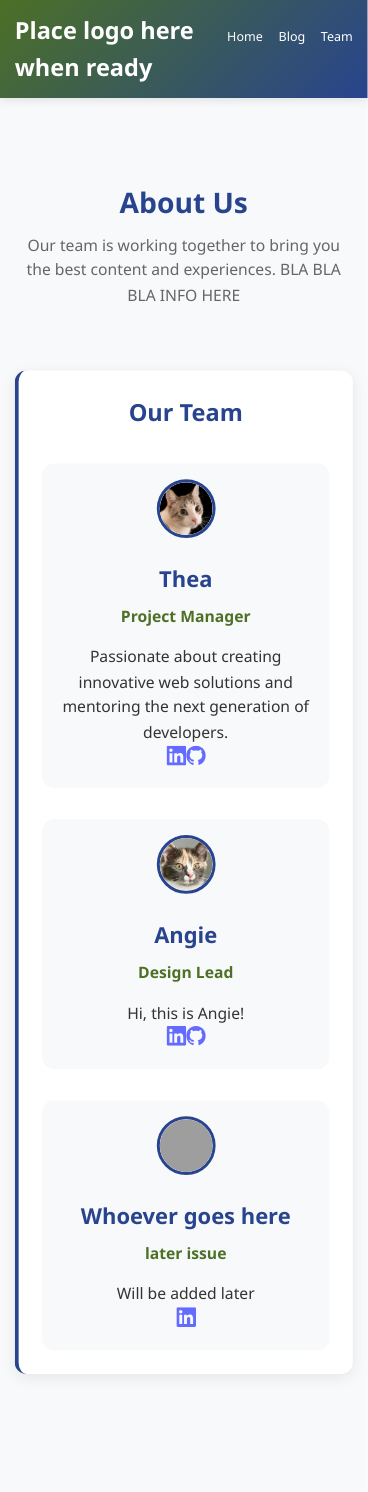
Repository: Bcit-sandy/TandemBlog
Page: /about
These files come from the project's save history. The page is drawn as it stood at one moment and after a run of saves; the edit follows.
The browser window is 375 px wide. The pictures show the whole page, at 98% of full size.
Pictures or frames that could not be fetched are drawn as grey boxes. The project was rebuilt for these pictures with package versions that can differ from the ones it lists, and the page was loaded fresh each time. Also part of the build but not shown: vite.config.js, src/pages/Home.css, src/pages/Blog.css, src/pages/Blog.jsx, src/pages/Home.jsx, src/pages/BlogPost.css, src/pages/BlogPost.jsx.

Above is the page before, as saved 2025-10-13 17:28:04.

After the next 4 saves:
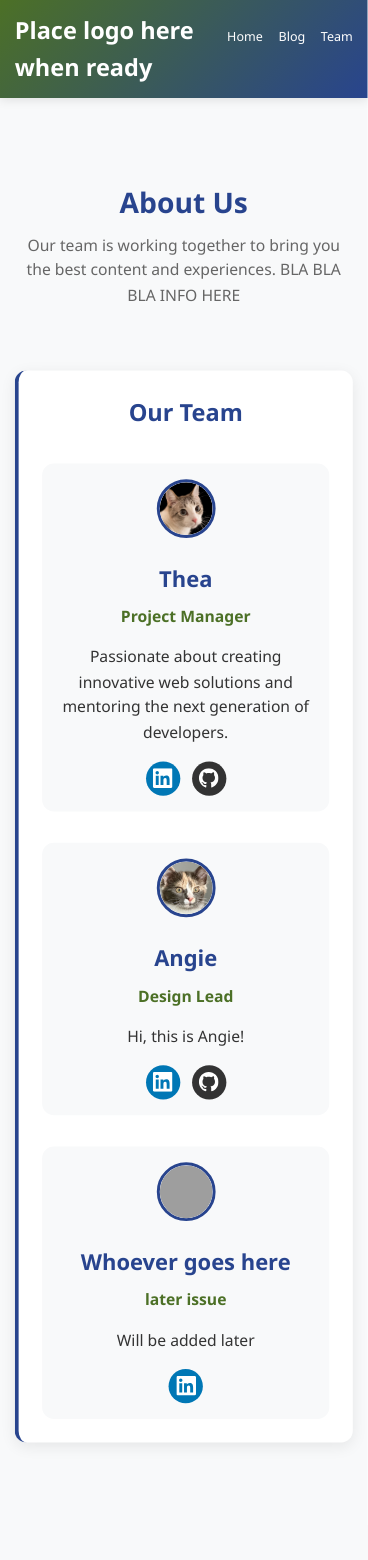
The 4 saves are shown as one change because they came seconds apart.
The last was saved 12 s later.
--- a/src/pages/About.css
+++ b/src/pages/About.css
@@ -105,10 +105,44 @@
   line-height: 1.6;
 }
 
+.social-links {
+  display: flex;
+  gap: 0.75rem;
+  justify-content: center;
+  margin-top: 1rem;
+}
+
+.social-link {
+  display: flex;
+  align-items: center;
+  justify-content: center;
+  width: 40px;
+  height: 40px;
+  border-radius: 50%;
+  transition: all 0.3s ease;
+  text-decoration: none;
+}
+
 .linkedin-icon {
-  width: 40px;
-  height:40px;
-  margin-top: 1rem;
+  background-color: #0077b5;
+  color: white;
+}
+
+.linkedin-icon:hover {
+  background-color: #005885;
+  transform: translateY(-2px);
+  box-shadow: 0 4px 12px rgba(0, 119, 181, 0.3);
+}
+
+.github-icon {
+  background-color: #333;
+  color: white;
+}
+
+.github-icon:hover {
+  background-color: #000;
+  transform: translateY(-2px);
+  box-shadow: 0 4px 12px rgba(0, 0, 0, 0.3);
 }
 
 /* Responsive Design */
@@ -169,4 +203,9 @@
     width: 60px;
     height: 60px;
   }
-}
+
+  .social-link {
+    width: 35px;
+    height: 35px;
+  }
+}
